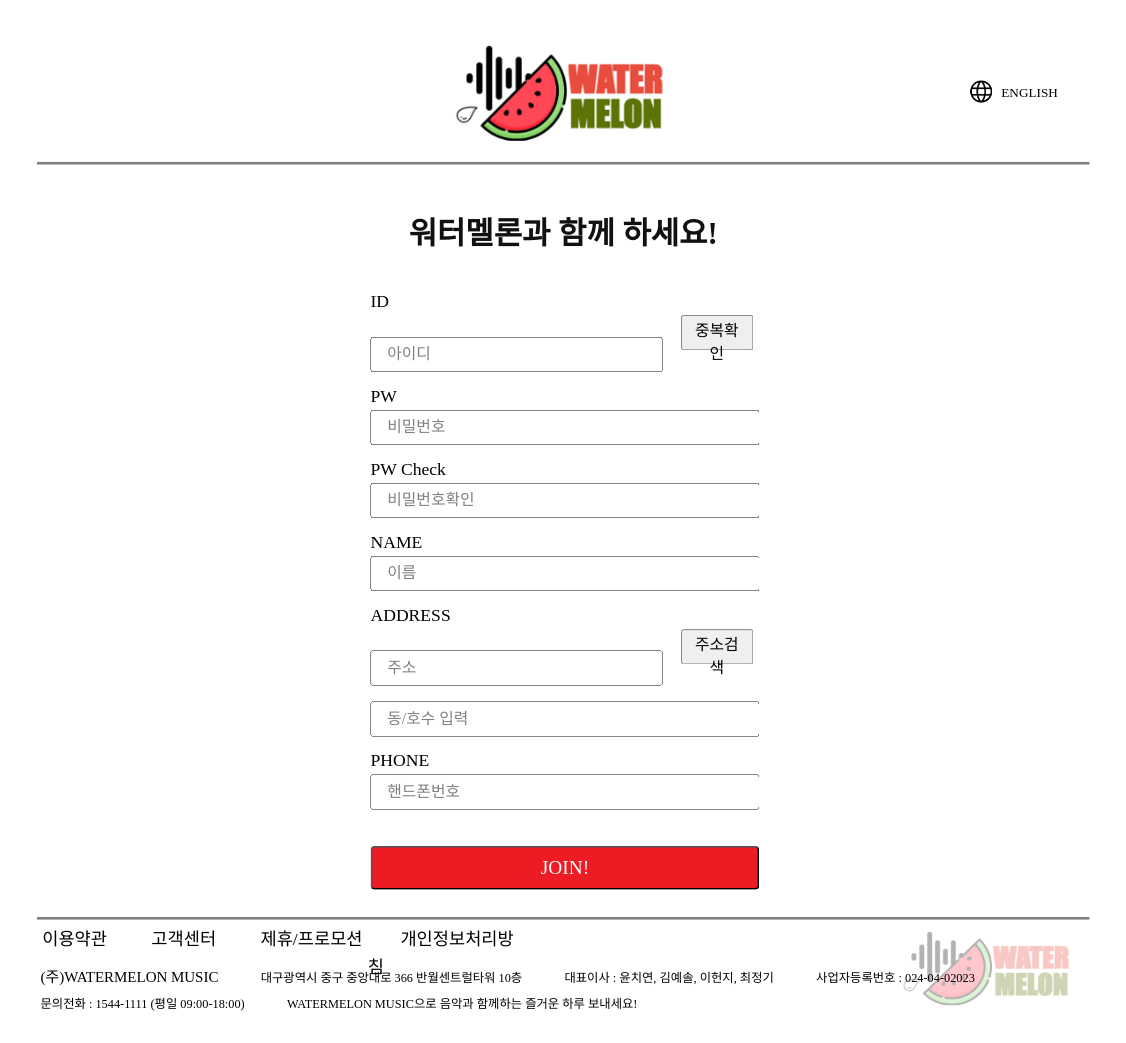
Repository: anchobb/TEAM_STS
Page: http://localhost/PJ_TEAM01/WEB-INF/views/member/join.jsp
The author's editor kept a copy of each file at every save. The page is drawn from the files as they stood at one save, then again after the next save.
The browser window is 1280 px wide. The pictures show the whole page, at 88% of full size.
Some web fonts or font styles are not loaded; a fallback is used. Some web libraries are served in a nearby version. The page is served by Tomcat 9. Nobody is signed in. The template is opened directly, without the code that normally fills it, so the values that code supplies are empty.

Above is the page before, as saved 2023-09-13 02:48:28.

After the next save:
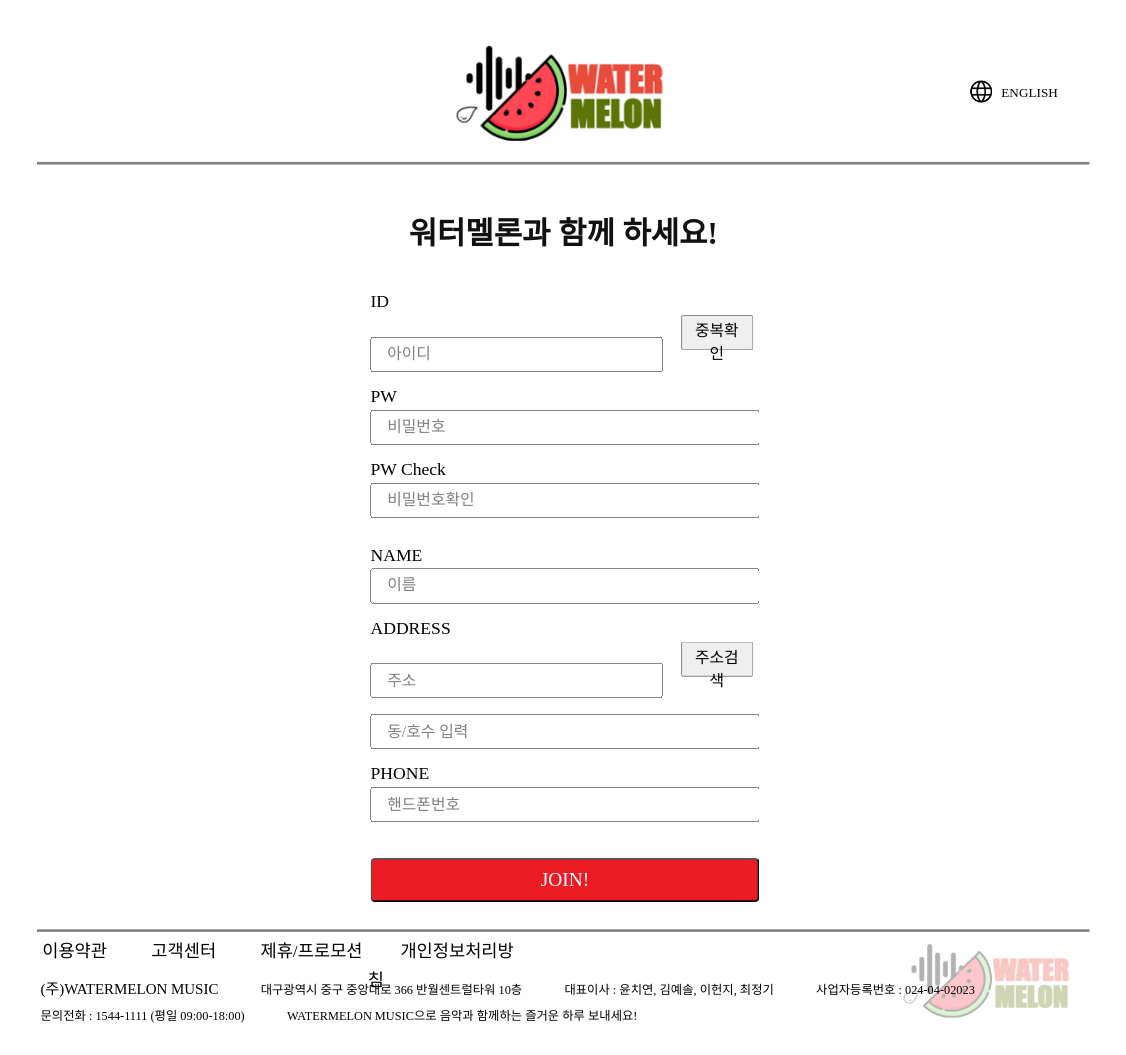
Saved 93 s later.
--- a/PJ_TEAM01/src/main/webapp/WEB-INF/views/member/join.jsp
+++ b/PJ_TEAM01/src/main/webapp/WEB-INF/views/member/join.jsp
@@ -60,28 +60,31 @@
 
 		<section class="join">
 			<h1>워터멜론과 함께 하세요!</h1>
-			<form action="${pageContext.request.contextPath}/member/join" method="post">
-				<ul>
-					<li><span>ID</span> <!-- <span id="id_check">*id중복여부표시</span> -->
-						<input id="id_input" name="id" type="text" placeholder="아이디"
-						title="아이디입력" required>
-						<button id="idcheck_btn" >중복확인</button></li>
-					<li><span>PW</span> <input id="pw_input" name="pw"
-						type="password" placeholder="비밀번호" title="비밀번호입력" required></li>
-					<li><span>PW Check</span> <!-- <span id="pw_check">*pw체크표시</span> -->
-						<input id="pwc_input" name="pwc_input" type="password"
-						placeholder="비밀번호확인" title="비밀번호확인" required></li>
-					<li><span>NAME</span> <input type="text" name="name"
-						placeholder="이름" title="이름입력" required></li>
-					<li><span>ADDRESS</span> <input id="addr_input" name="addr"
-						type="text" placeholder="주소" title="주소입력" required>
-						<button id="addr_btn">주소검색</button></li>
-					<li><input type="text" placeholder="동/호수 입력" title="주소입력"></li>
-					<li><span>PHONE</span> <input type="text" name="phone"
-						placeholder="핸드폰번호" title="핸드폰번호입력" required></li>
-					<li><button id="join_btn">JOIN!</button></li>
-				</ul>
-			</form>
+			<form method="post">
+            <ul>
+               <li><span>ID</span> <!-- <span id="id_check">*id중복여부표시</span> -->
+                  <input id="id_input" name="id" type="text" placeholder="아이디"
+                  title="아이디입력" required>
+                  <button id="idcheck_btn" >중복확인</button></li>
+               <li><span>PW</span> <input id="pw_input" name="pw"
+                  type="password" placeholder="비밀번호" title="비밀번호입력" required></li>
+               <li><span>PW Check</span> <!-- <span id="pw_check">*pw체크표시</span> -->
+                  <input id="pwc_input" name="pwc_input" type="password"
+                  placeholder="비밀번호확인" title="비밀번호확인" required></li>
+               <li>
+                   <span id="pw_mismatch_msg" style="color: red;"></span>
+               </li>
+               <li><span>NAME</span> <input type="text" name="name"
+                  placeholder="이름" title="이름입력" required></li>
+               <li><span>ADDRESS</span> <input id="addr_input" name="addr"
+                  type="text" placeholder="주소" title="주소입력" required>
+                  <button id="addr_btn">주소검색</button></li>
+               <li><input type="text" placeholder="동/호수 입력" title="주소입력"></li>
+               <li><span>PHONE</span> <input type="text" name="phone"
+                  placeholder="핸드폰번호" title="핸드폰번호입력" required></li>
+               <li><button id="join_btn">JOIN!</button></li>
+            </ul>
+         </form>
 		</section>
 
 		<footer>
